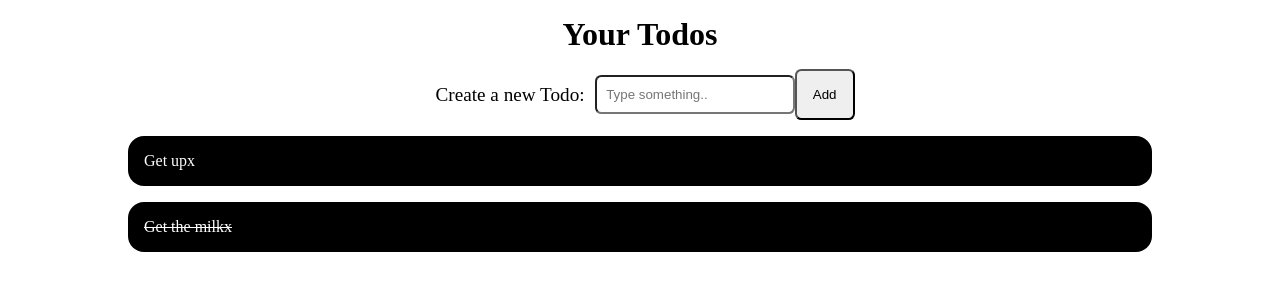
Repository: Heeeeeppo/todo-list
Page: / (app in frontend/)
These files come from the project's save history. The page is drawn as it stood at one moment and after the next save; the edit follows.
The browser window is 1280 px wide. The pictures show the whole page.
The project was rebuilt for these pictures with package versions that can differ from the ones it lists, and the page was loaded fresh each time.

Above is the page before, as saved 2023-11-07 19:40:11.

### frontend/src/index.css
* {
  margin: 0;
  padding: 0;
}

.App {
  padding: 1rem;
  width: 80%;
  margin: auto;
}

h1 {
  text-align: center;
}

.inputField {
  display: flex;
  width: 50%;
  justify-content: center;
  align-items: center;
  margin: auto;
  padding: 1rem;
}

label {
  font-size: 1.2rem;
  margin: 0 10px;
  text-align: center;
}

input {
  border-radius: 0.4rem;
  padding: 0.6rem;
}

button {
  padding: 1rem;
  border-radius: 0.4rem;
}

.todo {
  background-color: black;
  color: white;
  position: relative;
  padding: 1rem;
  border-radius: 1rem;
  display: flex;
  align-items: center;
  margin-bottom: 1rem;
}

.completed {
  text-decoration: line-through;
}

### frontend/src/App.js
import { useState } from "react";

function App() {

    const [todos, setTodos] = useState([]);
    const [newTodo, setNewTodo] = useState("");

    function handleChange(event) {
        setNewTodo(event.target.value);
    }

    return (
        <div className="App">
            <h1>Your Todos</h1>
            <div className="inputField">
                <label for="text">Create a new Todo: </label>
                <input
                    type="text"
                    name="text"
                    onChange={handleChange}
                    value={newTodo}
                    placeholder="Type something.."
                />
                <button>Add</button>
            </div>

            <div className="todos">
                <div className="todo">
                    <div className="checkbox"></div>
                    <div className="text">Get up</div>
                    <div className="delete-todo">x</div>
                </div>

                <div className="todo completed">
                    <div className="checkbox"></div>
                    <div className="text">Get the milk</div>
                    <div className="delete-todo">x</div>
                </div>
            </div>
        </div>
    );
}

export default App;

Loaded but not shown: frontend/public/index.html (common file); frontend/src/index.js (common file)

After the next save:
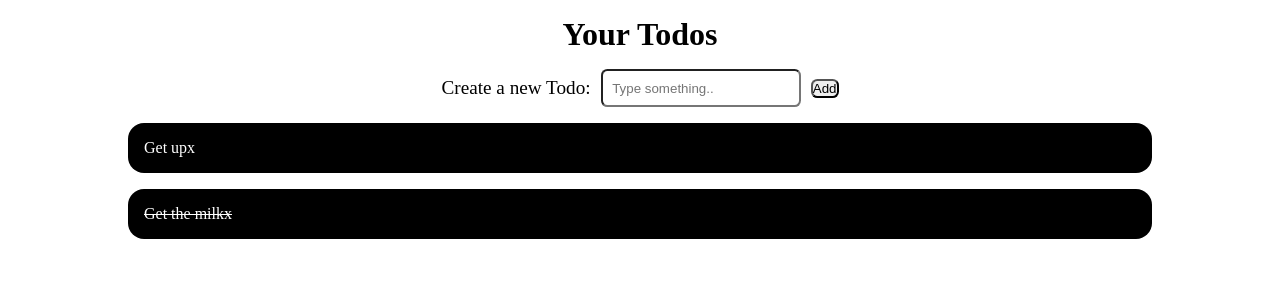
Saved 12 s later.
--- a/frontend/src/index.css
+++ b/frontend/src/index.css
@@ -34,7 +34,7 @@
 }
 
 button {
-  padding: 1rem;
+  margin: 0 10px;
   border-radius: 0.4rem;
 }
 

After the save that followed:
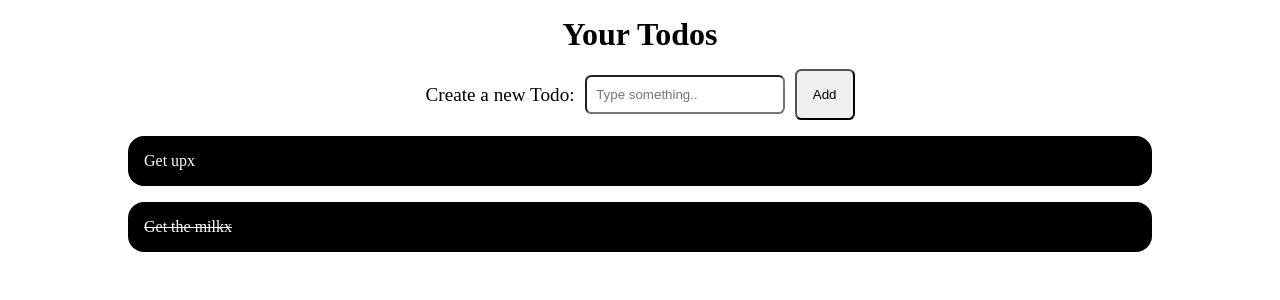
Saved 10 s later.
--- a/frontend/src/index.css
+++ b/frontend/src/index.css
@@ -36,6 +36,7 @@
 button {
   margin: 0 10px;
   border-radius: 0.4rem;
+  padding: 1rem;
 }
 
 .todo {
